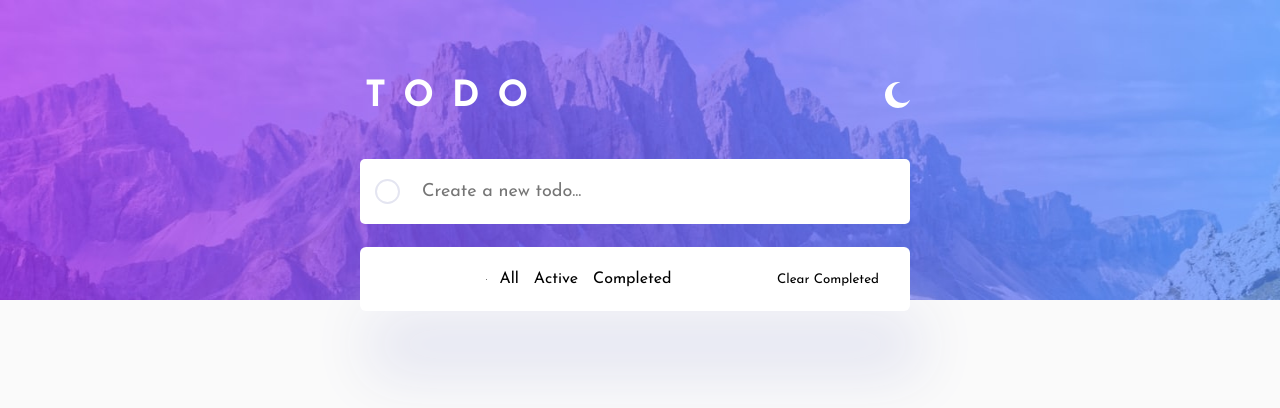
Repository: Haviles04/todoapp
Page: /
The author's editor kept a copy of each file at every save. The page is drawn from the files as they stood at one save, then again after the next save.
The browser window is 1280 px wide. The pictures show the whole page.
The project was rebuilt for these pictures with package versions that can differ from the ones it lists, and the page was loaded fresh each time.

Above is the page before, as saved 2022-10-22 11:31:57.

After the next save:
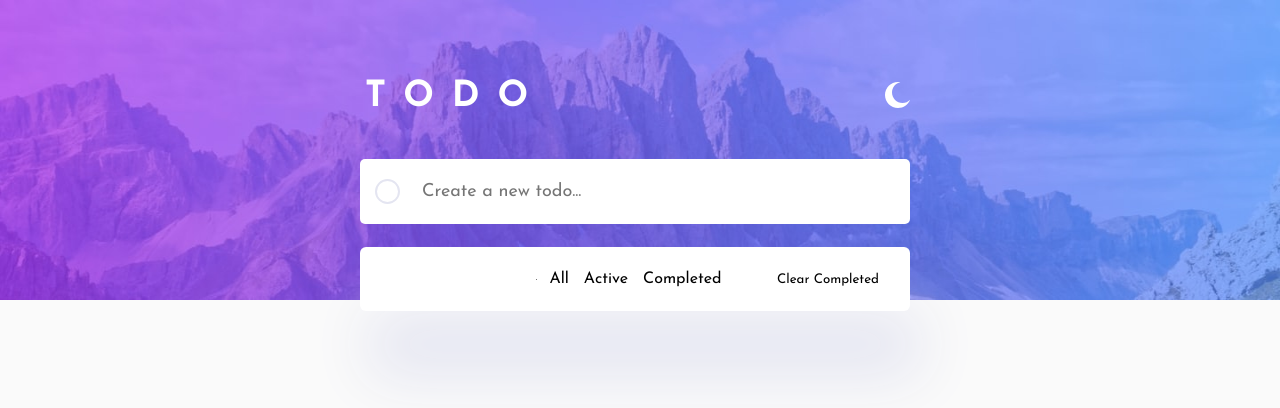
Saved 8 s later.
--- a/src/components/taskList/taskList.css
+++ b/src/components/taskList/taskList.css
@@ -74,7 +74,7 @@
 
 .todoCount {
     margin-left: 25px;
-    width:fit-content;
+    width:100px;
     box-sizing: border-box;
 }
 
